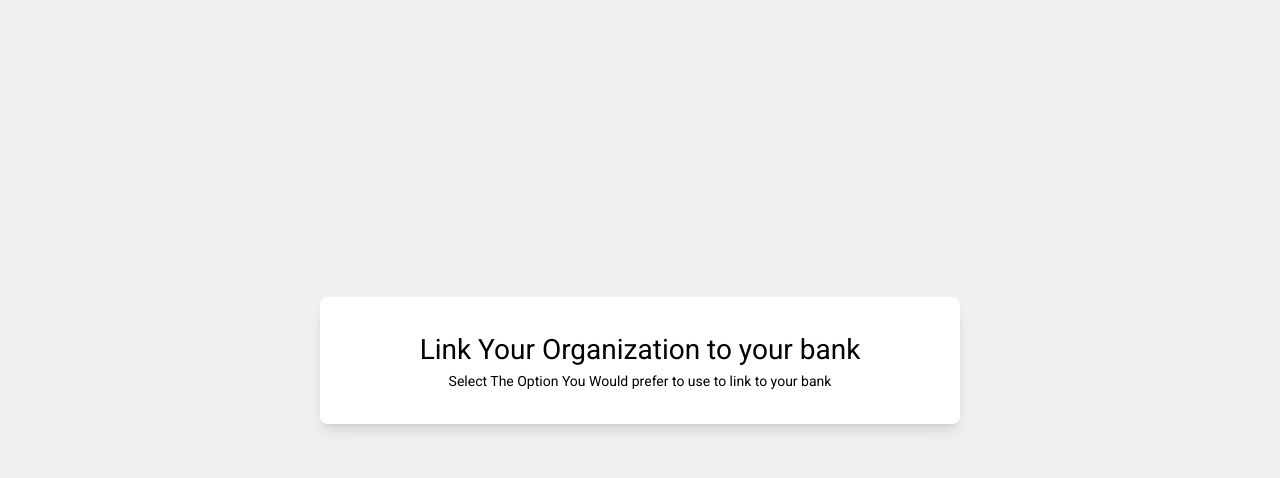
Repository: Nathan-spec/link_to_org
Page: /
An editor plug-in stored every save of this project. The page is shown before and after a run of saves, followed by the edit.
The browser window is 1280 px wide. The pictures show the whole page.
The project was rebuilt for these pictures with package versions that can differ from the ones it lists, and the page was loaded fresh each time. The framework's server and built-in components were replaced by stand-ins that run in the browser. Also part of the build but not shown: next.config.ts.

Above is the page before, as saved 2024-10-25 13:43:49.

### app/page.tsx
import Image from "next/image";
import { Roboto } from 'next/font/google'
import { Card, CardBody } from "@nextui-org/card";


const roboto = Roboto({
  subsets: ['latin'],
  weight: '400',
})
export default function Home() {
  return (
    // Background div
    <div
    className={`w-full h-screen flex items-center justify-center ${roboto.className}`}
    style={{ backgroundColor: '#f0f0f0'}}
    >
      <div
      className={`w-3/4  md:w-2/3 lg:w-1/2 p-8 bg-white rounded-lg shadow-lg`}>
      {/* Inner card component */}
      <h1
      style={{fontSize: '28px', color: 'black', textAlign: 'center', }}>
        Link Your Organization to your bank
      </h1>
      <h2
      style={{fontSize: '14px', color: 'black', textAlign: 'center', }}>
         Select The Option You Would prefer to use to link to your bank
      </h2>
        <div className="">

        </div>
      </div>
    </div>
  );
}

Loaded but not shown: app/layout.tsx (common file); app/globals.css (common file); tailwind.config.ts (common file)

After the next 7 saves:
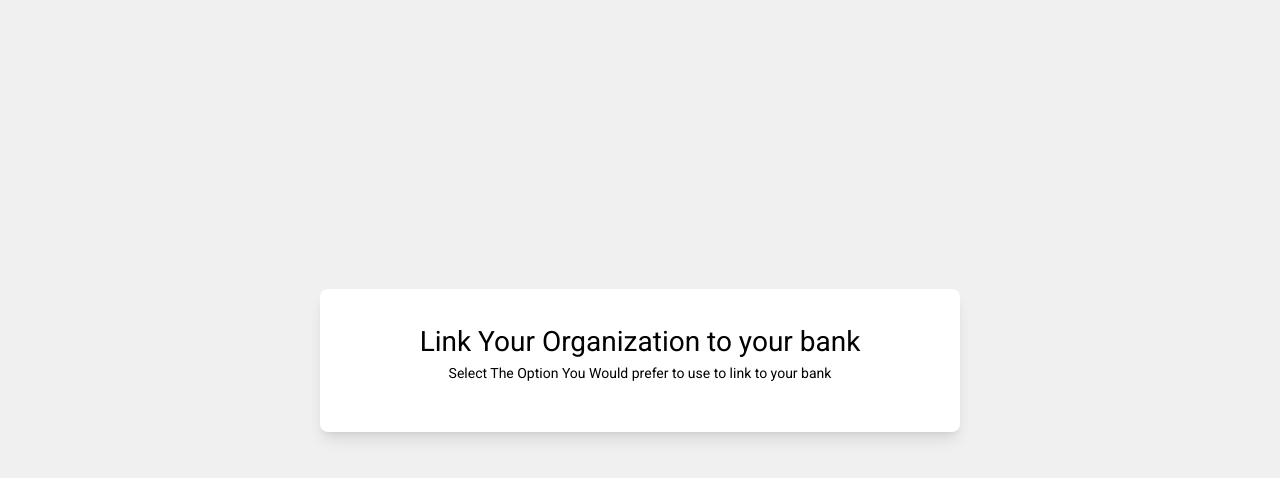
The 7 saves are shown as one change because they came seconds apart.
The last was saved 28 s later.
--- a/app/page.tsx
+++ b/app/page.tsx
@@ -25,7 +25,7 @@ export default function Home() {
       style={{fontSize: '14px', color: 'black', textAlign: 'center', }}>
          Select The Option You Would prefer to use to link to your bank
       </h2>
-        <div className="">
+        <div className="mt-4 grid grid-cols-1 md:grid">
 
         </div>
       </div>
